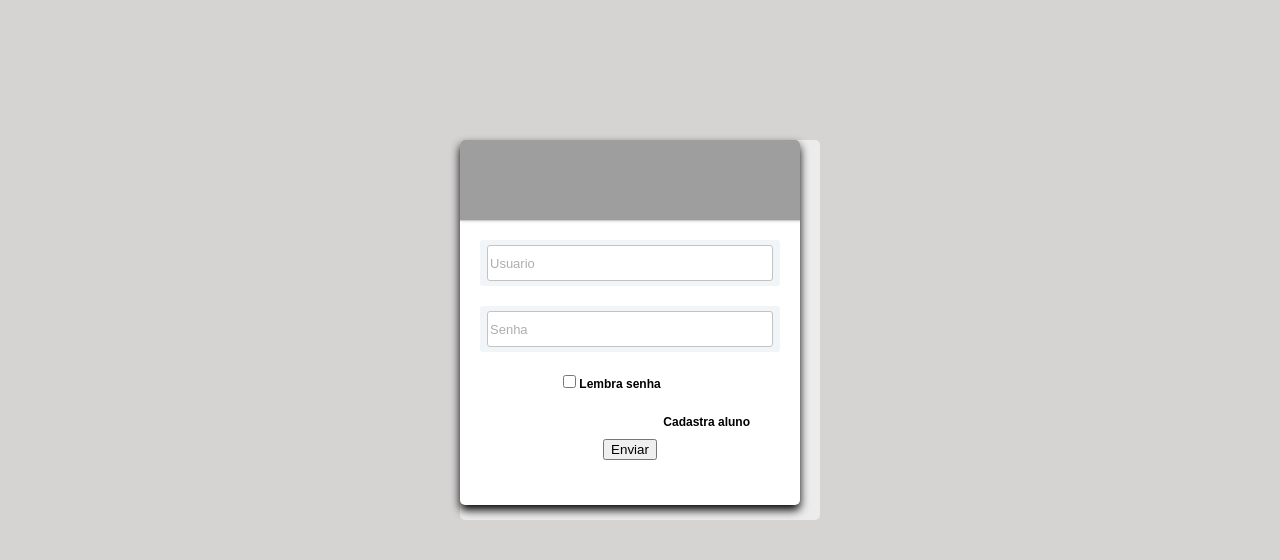
Repository: luisjonson/ProjetoWebAcademia
Page: http://localhost/RepositorioWebProject/Login.jsp
An editor plug-in stored every save of this project. The page is shown before and after the next save, followed by the edit.
The browser window is 1280 px wide. The pictures show the whole page.
Pictures or frames that could not be fetched are drawn as grey boxes. The page is served by Tomcat 9. Other server files are loaded and not shown.

Above is the page before, as saved 2017-04-10 02:02:38.

### Projeto_Web/RepositorioWebProject/WebContent/Login.jsp
<%@ page language="java" contentType="text/html; charset=utf-8"
	pageEncoding="ISO-8859-1"%>
<!DOCTYPE
 html PUBLIC "-//W3C//DTD HTML 4.01 Transitional//EN" "http://www.w3.org/TR/html4/loose.dtd">
<html>
<head>

</head>

<title>Login</title>

<style type="text/css" >

body {
	background-color: #D6D3D3;
}

#login-box {
	background-color: #ECECEC;
	width: 360px;
	height: 380px;
	margin: 140px auto 0px;
	border-radius: 5px;

}

#login-box-interno {
	width: 340px;
	height: 365px;
	background-color:white;
	position: absolute;
	border-radius: 5px;
	box-shadow: 0px 5px 10px black;
	overflow: hidden;
}

#login-box-label {
	background-color:#D6D3D3;
	height:80px;
	text-align:center;
    font:bold 12px/12px sans-serif;
    border-top-left-radius:5px;
    border-top-right-radius:5px;
    border-bottom:1px solid #cccccc;
    box-shadow:1px 0px 3px #ccc4c5;
}

#imagens{
	max-width: 800px;
}

.input-div{

	margin: 20px;
	padding: 5px;
   background-color:#f2f5f7;

	border-radius: 3px;
}

.input-div input{

	width: 280px;
	height: 32px;
	padding-left: 2px;
	font: normal 13px sans-serif;
	color: #aeaeae;
	border-radius: 3px;
	border: 1px solid #bfc4c6;
    outline:none;
}

.input-div:hover{
	background-color: #8C8C8A;
}

.input-div:hover input{
	border-color: #797B79
}
.input-senha{
  margin-top:-10px;
  }

  #botoes{
    width:280px;
    margin-left:10px;
  }

 /* #botao{
    float:right;
    background-color:;
    padding:5px 15px;
    font:bold 12px sans-serif;
    border-radius:20px;
    text-shadow:0px 1px 0px white;
    border:1px solid #9eb9c3;
  }
  */
  #CadastraAluno{
    font:bold 12px sans-serif;
     float:right;
     margin-left: right;
  }

</style>
<body>
	<div id="login-box">

		<div id="login-box-interno">

			<div id="login-box-label">

				<div id=imagens><img alt="Smart Fit" src="C:\Users\nano\workspace\ProjetoWebAcademia\Projeto_Web\RepositorioWebProject\WebContent\Imagem\Smart.png" width="340" height="80"/></div>

				<div class="input-div" id="input-usuario">
					<input type="text" value="Usuario">
				</div>

				<div class="input-div" id="input-senha">
					<input type="text" value="Senha">
				</div>

                <div id="botoes">

                  <div id="lembra-senha"><input type="checkbox"/>Lembra senha</div><br><br>
                  <div id="CadastraAluno">Cadastra aluno</div>
                  </div><br><br
                   <div id="botao" ><input type="submit" name="enviar" value="Enviar"></div>
              </div>
         </div>
	</div>




</body>
</html>

After the next save:
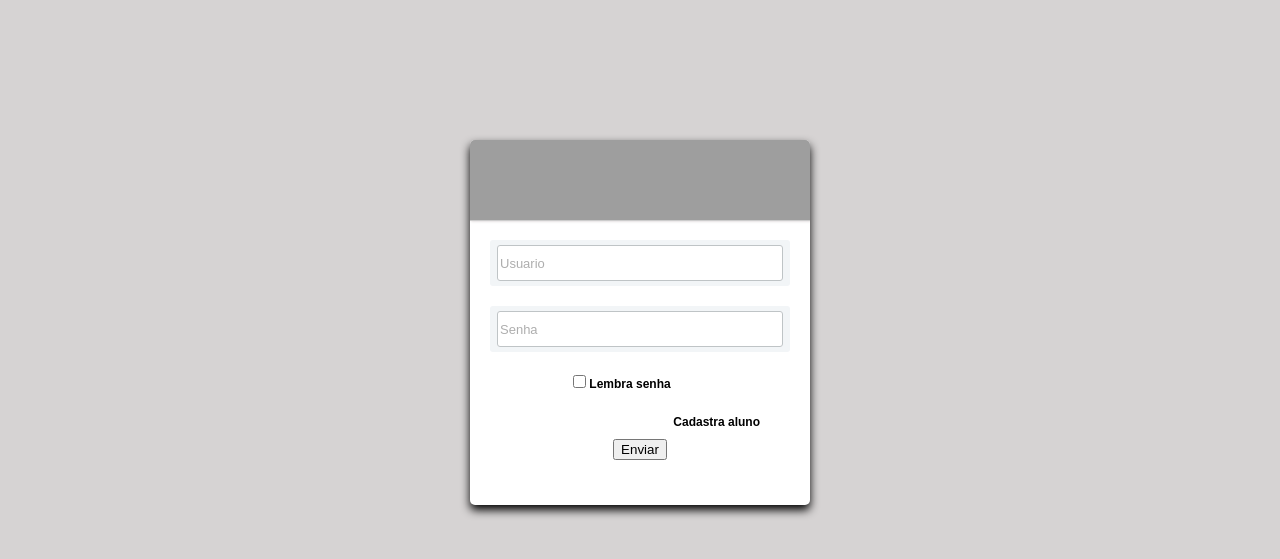
Saved 110 s later.
--- a/Projeto_Web/RepositorioWebProject/WebContent/Login.jsp
+++ b/Projeto_Web/RepositorioWebProject/WebContent/Login.jsp
@@ -17,8 +17,8 @@ body {
 
 #login-box {
 	background-color: #ECECEC;
-	width: 360px;
-	height: 380px;
+	width: 340px;
+	height: 365px;
 	margin: 140px auto 0px;
 	border-radius: 5px;
 
